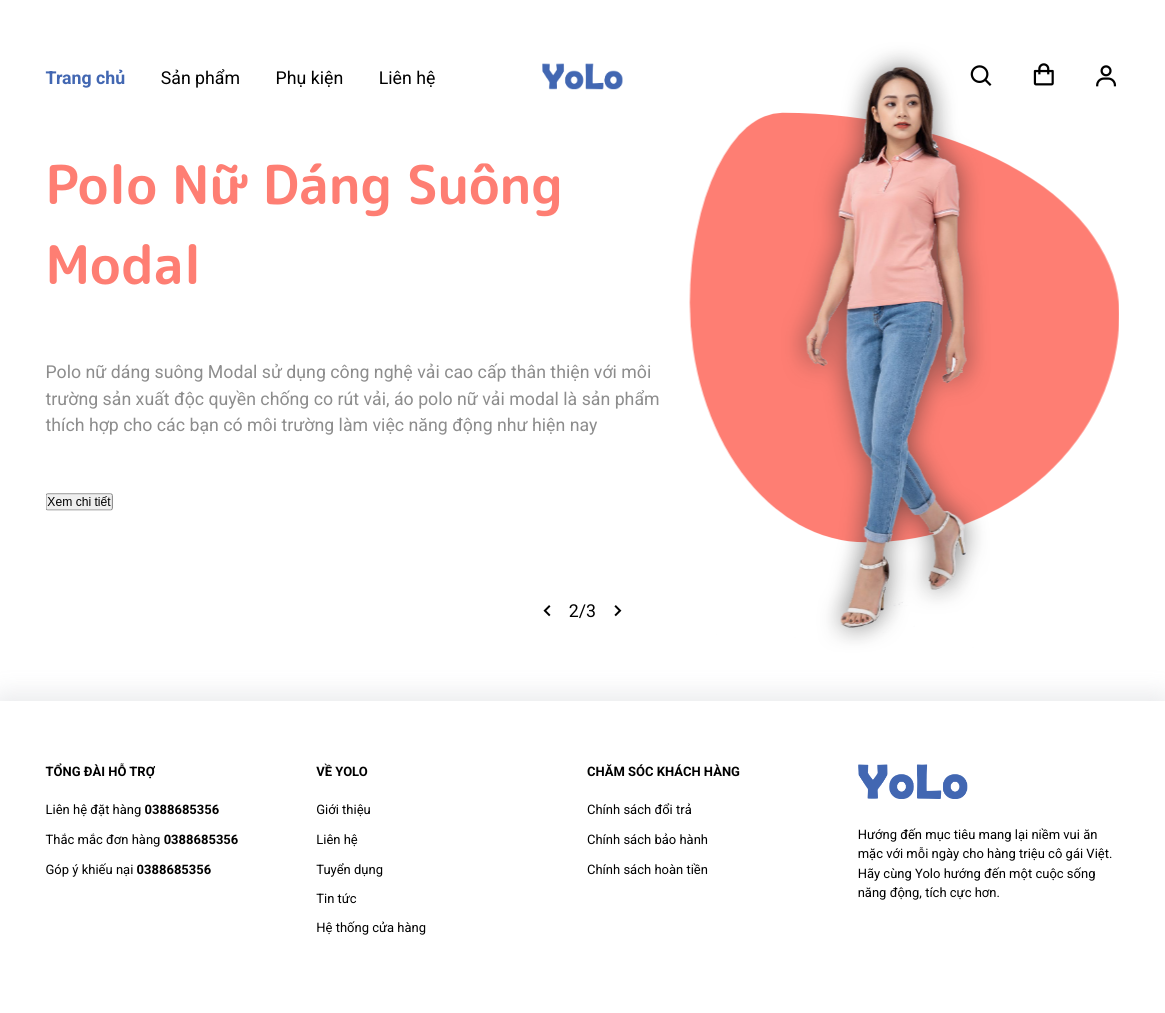
Repository: NguyenThanhBinh1210/Binh-React
Page: / (app in yoloshop/)
These files come from the project's save history. The page is drawn as it stood at one moment and after the next save; the edit follows.
The browser window is 1280 px wide. The pictures show the whole page, at 91% of full size.
The project was rebuilt for these pictures with package versions that can differ from the ones it lists, and the page was loaded fresh each time. A package was used in the major version that the imports need, not the one package.json lists. Also part of the build but not shown: yoloshop/src/pages/Product.jsx, yoloshop/src/pages/Catalog.jsx, yoloshop/src/pages/Cart.jsx, yoloshop/src/pages/Accessory.jsx, yoloshop/src/pages/Contact.jsx.

Above is the page before, as saved 2021-11-25 16:12:34.

### yoloshop/src/index.js
import React from 'react'
import ReactDOM from 'react-dom'
import Layout from './components/Layout'
import reportWebVitals from './reportWebVitals'
import './assets/boxicons-2.0.7/css/boxicons.min.css'
import './sass/index.scss'

ReactDOM.render(
	<React.StrictMode>
		<Layout />
	</React.StrictMode>,
	document.getElementById('root')
)

// If you want to start measuring performance in your app, pass a function
// to log results (for example: reportWebVitals(console.log))
// or send to an analytics endpoint. Learn more: https://bit.ly/CRA-vitals
reportWebVitals()

### yoloshop/src/components/Layout.jsx
import React from 'react'
import { BrowserRouter, Route } from 'react-router-dom'
import Header from './Header'
import Footer from './Footer'
import Routess from '../routes/Routess'

export default function Layout() {
	return (
		<BrowserRouter>
			<Route
				render={props => (
					<div>
						<Header {...props} />
						<div className="container">
							<div className="main">
								<Routess />
							</div>
						</div>
						<Footer />
					</div>
				)}
			/>
		</BrowserRouter>
	)
}

### yoloshop/src/sass/index.scss
@import './variables';
@import './mixins';
@import './base.scss';

@import './components/header';
@import './components/footer';
@import './components/hero-slider.scss';

### yoloshop/src/components/Header.jsx
import React, { useEffect, useRef } from 'react'
import logo from '../assets/images/Logo-2.png'
import { Link, useLocation } from 'react-router-dom'

const mainNav = [
	{
		display: 'Trang chủ',
		path: '/'
	},
	{
		display: 'Sản phẩm',
		path: '/catalog'
	},
	{
		display: 'Phụ kiện',
		path: '/accessories'
	},
	{
		display: 'Liên hệ',
		path: '/contact'
	}
]
export default function Header() {
	const { pathname } = useLocation()
	const activeNav = mainNav.findIndex(e => e.path === pathname)
	const headerRef = React.useRef(null)

	useEffect(() => {
		window.addEventListener('scroll', () => {
			if (
				document.body.scrollTop > 80 ||
				document.documentElement.scrollTop > 80
			) {
				headerRef.current.classList.add('shrink')
			} else {
				headerRef.current.classList.remove('shrink')
			}
		})
		return () => {
			window.removeEventListener('scroll')
		}
	}, [])

	const menuLeft = useRef(null)

	const menuToggle = () => menuLeft.current.classList.toggle('active')

	return (
		<div className="header" ref={headerRef}>
			<div className="container">
				<div className="header__logo">
					<Link to="/">
						<img src={logo} alt="logo" />
					</Link>
				</div>
				<div className="header__menu">
					<div className="header__menu__mobile-toggle" onClick={menuToggle}>
						<i class="bx bx-menu-alt-left"></i>
					</div>
					<div className="header__menu__left" ref={menuLeft}>
						<div className="header__menu__left__close" onClick={menuToggle}>
							<i class="bx bx-chevron-left"></i>
						</div>
						{mainNav.map((item, index) => (
							<div
								key={index}
								className={`header__menu__item  header__menu__left__item ${
									index === activeNav ? 'active' : ''
								}`}
								onClick={menuToggle}
							>
								<Link to={item.path}>
									<span>{item.display}</span>
								</Link>
							</div>
						))}
					</div>
					<div className="header__menu__right">
						<div className="header__menu__item header__menu__right__item">
							<i class="bx bx-search"></i>
						</div>
						<div className="header__menu__item header__menu__right__item">
							<Link to="/cart">
								<i class="bx bx-shopping-bag"></i>
							</Link>
						</div>
						<div className="header__menu__item header__menu__right__item">
							<i class="bx bx-user"></i>
						</div>
					</div>
				</div>
			</div>
		</div>
	)
}

### yoloshop/src/components/Footer.jsx
import React from 'react'
import { Link } from 'react-router-dom'
import Grid from './Grid'
import logo from '../assets/images/Logo-2.png'

const footerAboutLinks = [
	{
		display: 'Giới thiệu',
		path: '/about'
	},
	{
		display: 'Liên hệ',
		path: '/contact'
	},
	{
		display: 'Tuyển dụng',
		path: '/about'
	},
	{
		display: 'Tin tức',
		path: '/about'
	},
	{
		display: 'Hệ thống cửa hàng',
		path: '/about'
	}
]

const footerCustomLinks = [
	{
		display: 'Chính sách đổi trả',
		path: '/about'
	},

	{
		display: 'Chính sách bảo hành',
		path: '/about'
	},

	{
		display: 'Chính sách hoàn tiền',
		path: '/about'
	}
]

export default function Footer() {
	return (
		<footer className="footer">
			<div className="container">
				<Grid col={4} mdCol={2} smCol={1} gap={10}>
					<div>
						<div className="footer__title">Tổng đài hỗ trợ</div>
						<div className="footer__content">
							<p>
								Liên hệ đặt hàng <strong> 0388685356</strong>
							</p>
							<p>
								Thắc mắc đơn hàng <strong> 0388685356</strong>
							</p>
							<p>
								Góp ý khiếu nại <strong> 0388685356</strong>
							</p>
						</div>
					</div>
					<div>
						<div className="footer__title">Về Yolo</div>
						<div className="footer__content">
							{footerAboutLinks.map((item, i) => (
								<p key={i} className="">
									<Link to={item.path}>{item.display}</Link>
								</p>
							))}
						</div>
					</div>
					<div>
						<div className="footer__title">Chăm sóc khách hàng</div>
						<div className="footer__content">
							{footerCustomLinks.map((item, i) => (
								<p key={i} className="">
									<Link to={item.path}>{item.display}</Link>
								</p>
							))}
						</div>
					</div>
					<div className="footer__about">
						<p>
							<Link to="/">
								<img src={logo} className="footer__logo" alt="logo" />
							</Link>
						</p>
						<p>
							Hướng đến mục tiêu mang lại niềm vui ăn mặc với mỗi ngày cho hàng
							triệu cô gái Việt. Hãy cùng Yolo hướng đến một cuộc sống năng
							động, tích cực hơn.
						</p>
					</div>
				</Grid>
			</div>
		</footer>
	)
}

### yoloshop/src/routes/Routess.jsx
import React from 'react'
import { Switch, Route } from 'react-router-dom'
import Home from '../pages/Home'
import Product from '../pages/Product'
import Catalog from '../pages/Catalog'
import Cart from '../pages/Cart'
import Accessory from '../pages/Accessory'
import Contact from '../pages/Contact'

const Routess = () => {
	return (
		<Switch>
			<Route path="/" exact component={Home}></Route>
			<Route path="/catalog/:slug" component={Product}></Route>
			<Route path="/catalog" component={Catalog}></Route>
			<Route path="/cart" component={Cart}></Route>
			<Route path="/accessories" component={Accessory}></Route>
			<Route path="/contact" component={Contact}></Route>
		</Switch>
	)
}

export default Routess

### yoloshop/src/sass/_variables.scss
$main-bg: #fff;
$main-color: #4267b2;

$txt-main-color: #000000;
$txt-second-color: #8d8d8d;
$txt-white: #fff;

$btn-main-bg: $main-color;
$btn-main-color: #fff;

$header-height: 170px;
$header-tablet-height: 70px;
$header-mobile-height: 40px;
$header-shrink-height: 70px;

$box-shadow: rgba(149, 157, 165, 0.2) 0px 0px 24px 8px;

$colors: (
	'blue': #4267b2,
	'orange': #fbb96b,
	'pink': #fe7e73,
	'white': #fff,
	'black': #000,
	'main': $main-color
);

$mobile-width: 600px;
$tablet-width: 1024px;

$numbers: (0, 1, 2, 3, 4, 5, 6, 7, 8);

### yoloshop/src/sass/_mixins.scss
@mixin flex($align-item, $justify-content) {
	display: flex;
	align-items: $align-item;
	justify-content: $justify-content;
}

@mixin mobile {
	@media only screen and (max-width: $mobile-width) {
		@content;
	}
}
@mixin tablet {
	@media only screen and (max-width: $tablet-width) {
		@content;
	}
}

### yoloshop/src/sass/_base.scss
@import url('https://fonts.googleapis.com/css2?family=Roboto:ital,wght@0,100;0,300;0,400;0,500;0,700;0,900;1,100;1,300;1,400;1,500;1,700;1,900&display=swap');

@import url('https://fonts.googleapis.com/css2?family=M+PLUS+Rounded+1c:wght@100;300;400;500;700;800;900&display=swap');

* {
	padding: 0;
	margin: 0;
	box-sizing: border-box;
	-webkit-tap-highlight-color: transparent;
	user-select: none;
}

html {
	font-size: 13px;
}

body {
	font-family: 'Roboto', sans-serif;
}

ul {
	list-style-type: none;
}

a {
	text-decoration: none;
	color: unset;
}

@each $color, $val in $colors {
	.color-#{$color} {
		color: $val;
	}

	.bg-#{$color} {
		background-color: $val;
	}
}

@each $val in $numbers {
	.grid-col-#{$val} {
		grid-template-columns: repeat($val, 1fr);
	}
}

@each $val in $numbers {
	.grid-col-md-#{$val} {
		@include tablet {
			grid-template-columns: repeat($val, 1fr);
		}
	}
}

@each $val in $numbers {
	.grid-col-sm-#{$val} {
		@include mobile {
			grid-template-columns: repeat($val, 1fr);
		}
	}
}

.container {
	width: 100%;
	max-width: 1620px;
	padding: 0 50px;
	margin: auto;

	@include tablet {
		padding: 0 20px;
	}

	@include mobile {
		padding: 0 10px;
	}
}

.main {
	margin-top: $header-height;
	margin-bottom: 2rem;
	min-height: 100vh;

	@include tablet {
		margin-top: calc(#{$header-tablet-height} + 20px);
	}
	@include mobile {
		margin-top: calc(#{$header-mobile-height} + 10px);
	}
}

.grid {
	display: grid;
}

### yoloshop/src/sass/components/_header.scss
.header {
	background-color: $main-bg;
	position: fixed;
	top: 0;
	left: 0;
	width: 100%;
	z-index: 99;
	height: $header-height;
	transition: height 0.3s ease;

	@include tablet {
		height: $header-tablet-height;
		box-shadow: $box-shadow;
	}
	@include mobile {
		height: $header-mobile-height;
	}

	.container {
		height: 100%;
	}

	&.shrink {
		height: $header-shrink-height;
		box-shadow: $box-shadow;
		z-index: 10001;
	}

	&__logo {
		@include flex(center, center);
		position: absolute;
		inset: 0;
		pointer-events: none;

		img {
			height: 28px;
		}
	}

	&__menu {
		@include flex(center, space-between);
		height: 100%;
		font-size: 1.5rem;

		&__item ~ &__item {
			margin-left: 39px;
			@include tablet {
				margin-left: 20px;
			}
			@include mobile {
				margin-left: 10px;
			}
		}
		&__item.active {
			font-weight: 600;
			color: $main-color;
		}
		&__item:hover {
			color: $main-color;
		}
		&__left,
		&__right {
			@include flex(center, center);
			height: 100%;
		}

		&__right {
			font-size: 2.25rem;
			&__item {
				@include flex(center, center);
			}
			@include mobile {
				font-size: 1.5rem;
			}
		}

		&__left {
			&__close {
				display: none;
			}

			@include tablet {
				flex-direction: column;
				background-color: $main-bg;
				position: absolute;
				left: 0;
				top: 0;
				width: 100%;
				height: 100vh;
				justify-content: flex-start;
				padding-top: 30px;
				transform: translateX(-100%);
				transition: transform 0.5s ease;

				&.active {
					transform: translateX(0);
				}

				&__item ~ &__item {
					margin-left: unset;
					margin-top: 20px;
				}
				&__close {
					display: block;
					position: absolute;
					left: 20px;
					font-size: 2.5rem;
				}
			}
		}
		&__mobile-toggle {
			display: none;

			@include tablet {
				display: block;
				font-size: 2.5rem;
			}
		}
	}
}

### yoloshop/src/sass/components/_footer.scss
.footer {
	padding: 70px 0;
	box-shadow: $box-shadow;
	font-size: 1.1rem;
	a:hover {
		color: $main-color;
	}
	&__logo {
		height: 38px;
	}
	&__about {
		p {
			margin-bottom: 2rem;
		}
		p:not(:first-child) {
			line-height: 1.5;
		}
	}
	&__title {
		text-transform: uppercase;
		margin-bottom: 2rem;
		font-weight: 600;
	}
	&__content {
		p {
			margin-bottom: 1.25rem;
		}
	}
}

### yoloshop/src/sass/components/_hero-slider.scss
.hero-slider {
	height: 100vh;
	max-height: 1080px;
	overflow: hidden;
	position: relative;
	margin-bottom: 50px;
	margin-top: calc(#{$header-height} * -1);
	@include tablet {
		margin-top: calc(#{$header-tablet-height} * -1);
	}
	@include mobile {
		margin-top: calc(#{$header-mobile-height} * -1);
	}
	&__item {
		@include flex(center, space-between);
		opacity: 0;
		visibility: hidden;
		pointer-events: none;
		position: absolute;
		inset: 0;
		&.active {
			opacity: 1;
			visibility: visible;
			pointer-events: visible;
		}
		&__info {
			width: 58.33%;
			&__title,
			&__description {
				margin-bottom: 60px;

				@include tablet {
					margin-bottom: 15px;
				}
			}
			&__title {
				font-family: 'M Plus Rounded 1c', sans-serif;
				font-weight: 600;
				font-size: 4.5rem;
				line-height: 6.75rem;
				overflow: hidden;
			}
			&__description {
				color: $txt-second-color;
				font-size: 1.5rem;
				line-height: 2.25rem;
				overflow: hidden;
			}
			&__btn {
				overflow: hidden;
			}
		}
		&__image {
			flex-grow: 1;
			position: relative;
			height: 100%;
			z-index: 1000;
			pointer-events: none;
			img {
				height: 100vh;
				position: absolute;
				bottom: 0;
				left: 0;
			}
			.shape {
				$size: 472px;
				height: $size;
				width: $size;
				position: absolute;
				right: 0;
				top: 50%;
				border-radius: 30% 70% 70% 30% / 30% 30% 70% 70%;
				transform: translate(0, -50%);
				transition: border-radius 13s ease;
				animation: border 10s infinite forwards;
			}
		}
	}
	&__control {
		@include flex(center, center);
		position: absolute;
		bottom: 5%;
		left: 50%;
		transform: translateX(-50%);

		&__item ~ &__item {
			margin-left: 10px;
		}
		&__item {
			@include flex(center, center);
			font-size: 2rem;
			cursor: pointer;

			&:hover {
				color: $main-color;
			}
			.index {
				font-size: 1.5rem;
			}
		}
	}
}

@keyframes border {
	0% {
		border-radius: 30% 70% 70% 30% / 30% 30% 70% 70%;
	}
	50% {
		border-radius: 20% 80% 59% 41% / 43% 45% 55% 57%;
	}
	100% {
		border-radius: 32% 68% 59% 41% / 53% 59% 41% 47%;
	}
}

### yoloshop/src/components/Grid.jsx
import React from 'react'
import PropTypes from 'prop-types'

const Grid = props => {
	const style = {
		gap: props.gap ? `${props.gap}px` : '0'
	}
	const col = props.col ? `grid-col-${props.col}` : '0'
	const mdCol = props.mdCol ? `grid-col-${props.mdCol}` : '0'
	const smCol = props.smCol ? `grid-col-${props.smCol}` : '0'
	return (
		<div className={`grid ${col} ${mdCol} ${smCol}`} style={style}>
			{props.children}
		</div>
	)
}

Grid.propTypes = {
	col: PropTypes.number.isRequired,
	mdCol: PropTypes.number,
	smCol: PropTypes.number,
	gap: PropTypes.number
}

export default Grid

### yoloshop/src/pages/Home.jsx
import React from 'react'
import heroSliderData from '../assets/fake-data/hero-slider'
import Helmet from '../components/Helmet'
import HeroSlider from '../components/HeroSlider'

const Home = () => {
	return (
		<Helmet title="Trang chủ">
			<HeroSlider
				data={heroSliderData}
				control={true}
				auto={true}
				timeOut={4000}
			/>
		</Helmet>
	)
}

export default Home

### yoloshop/src/assets/fake-data/hero-slider.js
const img1 = require('../images/slider/slide_1.png').default
const img2 = require('../images/slider/slide_2.png').default
const img3 = require('../images/slider/slide_3.png').default

const heroSliderData = [
	{
		title: 'Polo nữ Pima cao cấp',
		description:
			'Nhắc đến sự đẳng cấp là không thể không nhắc đến dòng vải pima. Nó tạo nên chất lượng tốt nhất cho bất kỳ sản phẩm thời trang nào. Sợi vải pima dài và dày hơn sợi cotton thông thường gấp đôi nhờ công nghệ dệt tân tiến. Điều đó làm cho kết cấu áo polo chắc chắn, bền chặt, hạn chế tối đa xù lông, mềm mượt, bền màu, vô cùng đảm bảo sức khoẻ người dùng',
		img: img1,
		color: 'blue',
		path: '/catalog/ao-thun-dinosaur-01'
	},
	{
		title: 'Polo Nữ Dáng Suông Modal',
		description:
			'Polo nữ dáng suông Modal sử dụng công nghệ vải cao cấp thân thiện với môi trường sản xuất độc quyền chống co rút vải, áo polo nữ vải modal là sản phẩm thích hợp cho các bạn có môi trường làm việc năng động như hiện nay',
		img: img2,
		path: '/catalog/ao-thun-dinosaur-02',
		color: 'pink'
	},
	{
		title: 'Polo Nữ Coolmax Lacoste',
		description:
			'Mẫu áo polo nữ được làm bằng chất liệu coolmax đem lại cảm giác mát lạnh khi mặc. Thiết kế mẫu áo polo coolmax này có kiểu dáng cực kỳ thoải mái. Tạo sự gọn gàng hứa hẹn sẽ là mẫu áo polo vô cùng hot trong thời điểm sắp tới',
		img: img3,
		path: '/catalog/ao-thun-dinosaur-03',
		color: 'orange'
	}
]

export default heroSliderData

### yoloshop/src/components/Helmet.jsx
import React from 'react'
import PropTypes from 'prop-types'

const Helmet = props => {
	document.title = 'Yolo - ' + props.title

	return <div>{props.children}</div>
}

Helmet.propTypes = {
	title: PropTypes.string.isRequired
}

export default Helmet

### yoloshop/src/components/HeroSlider.jsx
import React, { useCallback, useEffect, useState } from 'react'
import PropTypes from 'prop-types'
import { Link } from 'react-router-dom'

const HeroSlider = props => {
	const data = props.data
	// const activeSlider = 0
	const [activeSlider, setActiveSlider] = useState(0)

	const nextSlide = useCallback(() => {
		const _index = activeSlider + 1 === data.length - 1 ? 0 : activeSlider + 1
		setActiveSlider(_index)
	}, [activeSlider, data])

	const prevSlide = () => {
		const _index = activeSlider - 1 < 0 ? data.length - 1 : activeSlider - 1
		setActiveSlider(_index)
	}
	const timeOut = props.timeOut ? props.timeOut : 3000

	useEffect(() => {
		if (props.auto) {
			const sliderAuto = setInterval(() => {
				nextSlide()
			}, timeOut)
			return () => {
				clearInterval(sliderAuto)
			}
		}
	}, [nextSlide, timeOut, props])
	return (
		<div className="hero-slider">
			{data.map((item, index) => (
				<HeroSliderItem
					key={index}
					item={item}
					active={index === activeSlider}
				/>
			))}
			{props.control ? (
				<div className="hero-slider__control">
					<div className="hero-slider__control__item" onClick={prevSlide}>
						<i className="bx bx-chevron-left"></i>
					</div>
					<div className="hero-slider__control__item">
						<div className="index">
							{activeSlider + 1}/{data.length}
						</div>
					</div>

					<div className="hero-slider__control__item" onClick={nextSlide}>
						<i className="bx bx-chevron-right"></i>
					</div>
				</div>
			) : null}
		</div>
	)
}

HeroSlider.propTypes = {
	data: PropTypes.array.isRequired,
	control: PropTypes.bool,
	auto: PropTypes.bool,
	timeOut: PropTypes.number
}

const HeroSliderItem = props => (
	<div className={`hero-slider__item ${props.active ? 'active' : ''}`}>
		<div className="hero-slider__item__info">
			<div
				className={`hero-slider__item__info__title color-${props.item.color}`}
			>
				<span> {props.item.title}</span>
			</div>
			<div className="hero-slider__item__info__description">
				<span> {props.item.description}</span>
			</div>
			<div className="hero-slider__item__info__btn">
				<Link to={props.item.path}>
					<button>Xem chi tiết</button>
				</Link>
			</div>
		</div>
		<div className="hero-slider__item__image">
			<div className={`shape bg-${props.item.color}`}></div>
			<img src={props.item.img} alt={props.item.title} />
		</div>
	</div>
)

export default HeroSlider

Loaded but not shown: yoloshop/public/index.html (common file); yoloshop/src/reportWebVitals.js (common file); yoloshop/src/assets/boxicons-2.0.7/css/boxicons.min.css (library)

After the next save:
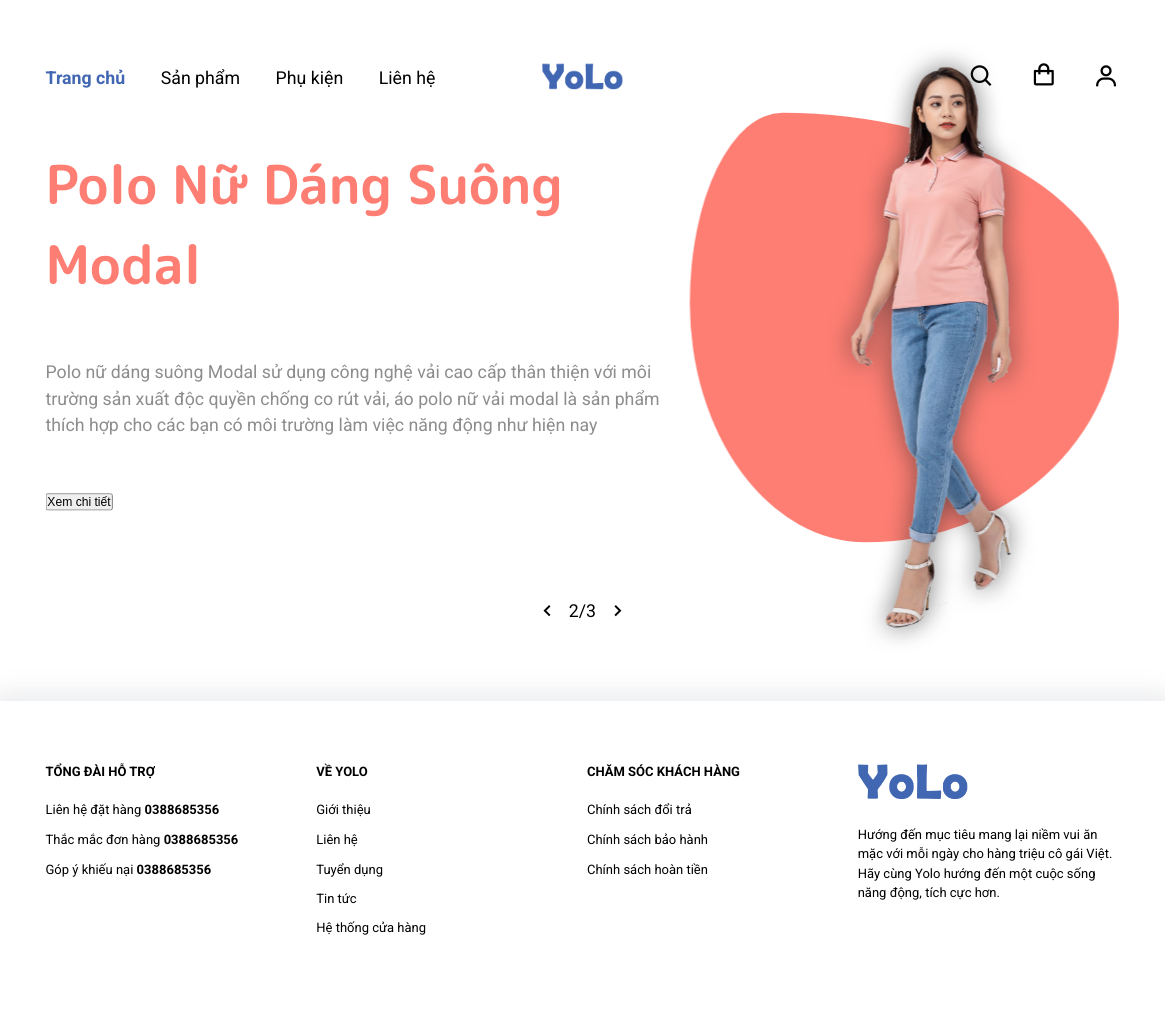
Saved 7 s later.
--- a/yoloshop/src/sass/components/_hero-slider.scss
+++ b/yoloshop/src/sass/components/_hero-slider.scss
@@ -60,7 +60,7 @@
 				height: 100vh;
 				position: absolute;
 				bottom: 0;
-				left: 0;
+				left: 10%;
 			}
 			.shape {
 				$size: 472px;
